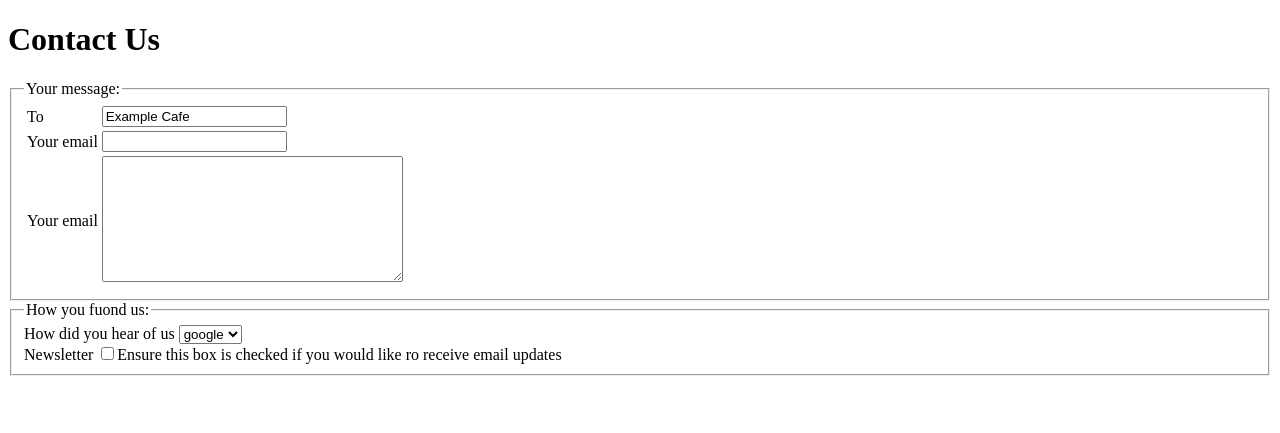
Repository: PhamChiXuan1/HTCNW_tuan3_DHCNTT16C_PhamChiXuan_20030131
Page: bt15.html
The author's editor kept a copy of each file at every save. The page is drawn from the files as they stood at one save, then again after the next save.
The browser window is 1280 px wide. The pictures show the whole page.

Above is the page before, as saved 2022-02-28 12:04:40.

After the next save:
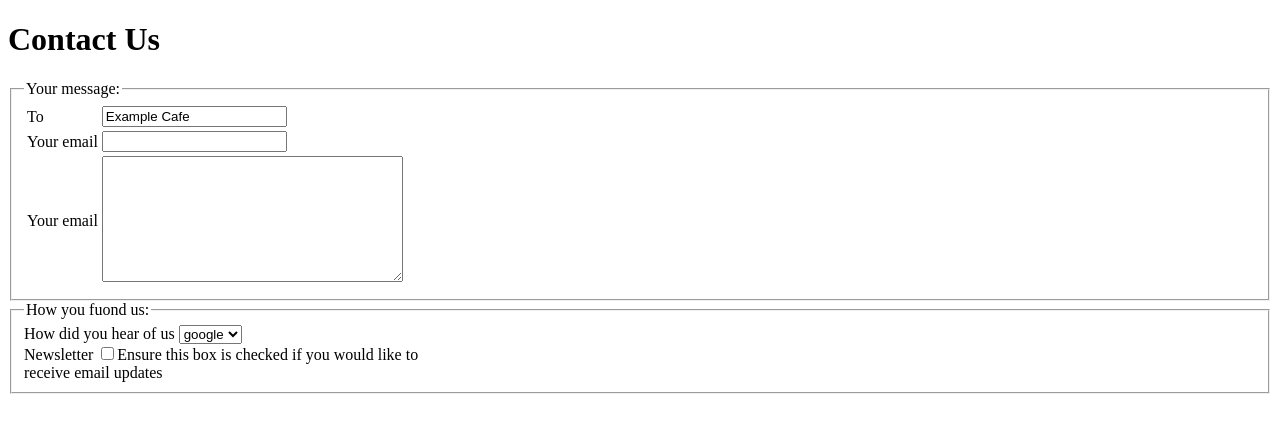
Saved 37 s later.
--- a/bt15.html
+++ b/bt15.html
@@ -40,7 +40,7 @@
         <tr>
             <td>Newsletter</td>
             <td>
-                <input type="checkbox" value="Checkbox">Ensure this box is checked if you would like ro receive email updates
+                <input type="checkbox" value="Checkbox">Ensure this box is checked if you would like to <br>receive email updates
             </td>
         </tr>
     </fieldset>
